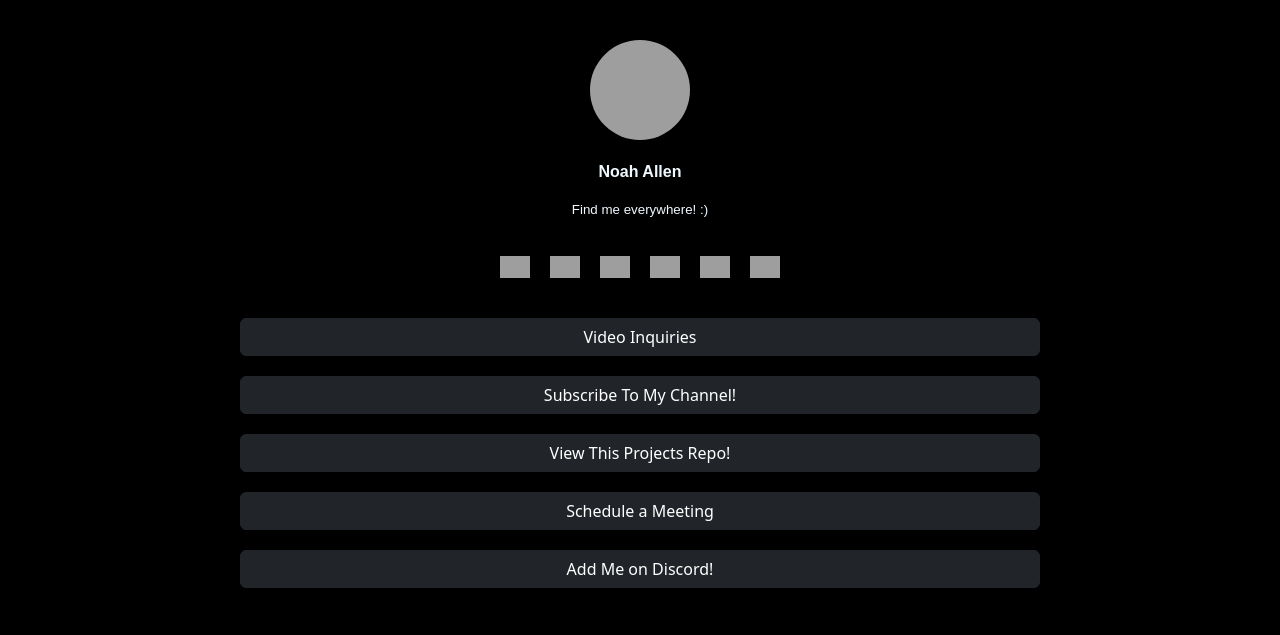
Repository: noahcallen/LAB-link-in-bio
Page: index.html
The author's editor kept a copy of each file at every save. The page is drawn from the files as they stood at one save, then again after the next save.
The browser window is 1280 px wide. The pictures show the whole page.
Pictures or frames that could not be fetched are drawn as grey boxes.

Above is the page before, as saved 2024-07-13 14:03:22.

After the next save:
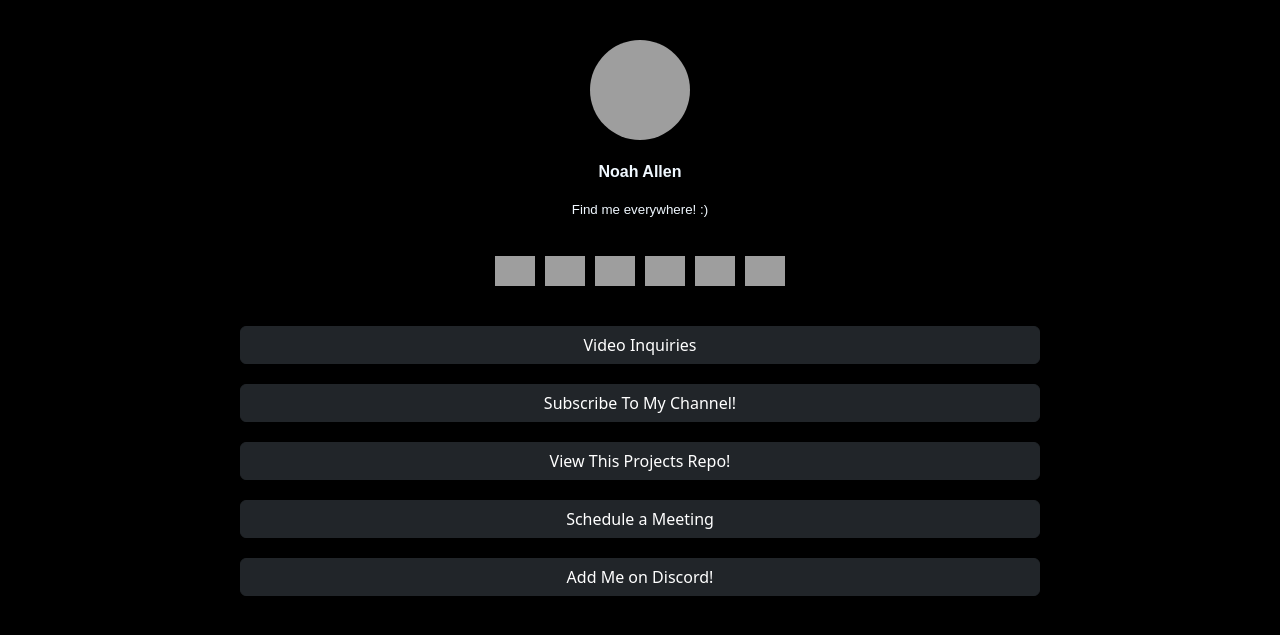
Saved 13 s later.
--- a/main.css
+++ b/main.css
@@ -46,6 +46,6 @@ body {
 }
 
 .png {
-  padding-left: 10px;
-  padding-right: 10px;
+  padding-left: 5px;
+  padding-right: 5px;
 }
